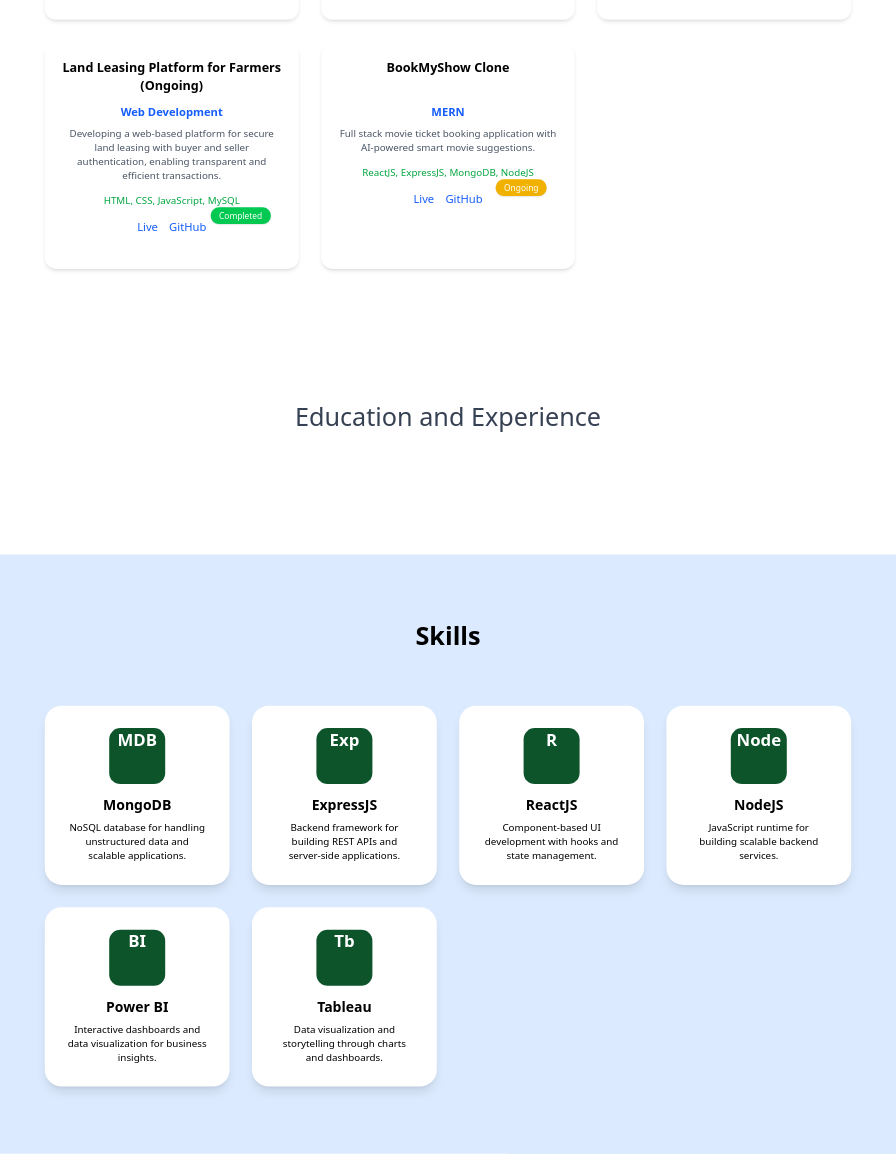
Repository: Rhaashee/myProfile
Page: index.html
An editor plug-in stored every save of this project. The page is shown before and after the next save, followed by the edit.
The browser window is 1280 px wide. The pictures show the part of the page from y = 1513 to 3433 px (the page is 3161 px tall before and 3433 px after), at 70% of full size.

Above is the page before, as saved 2026-04-29 16:29:14.
Console error: SyntaxError: Identifier 'projectsData' has already been declared

After the next save:
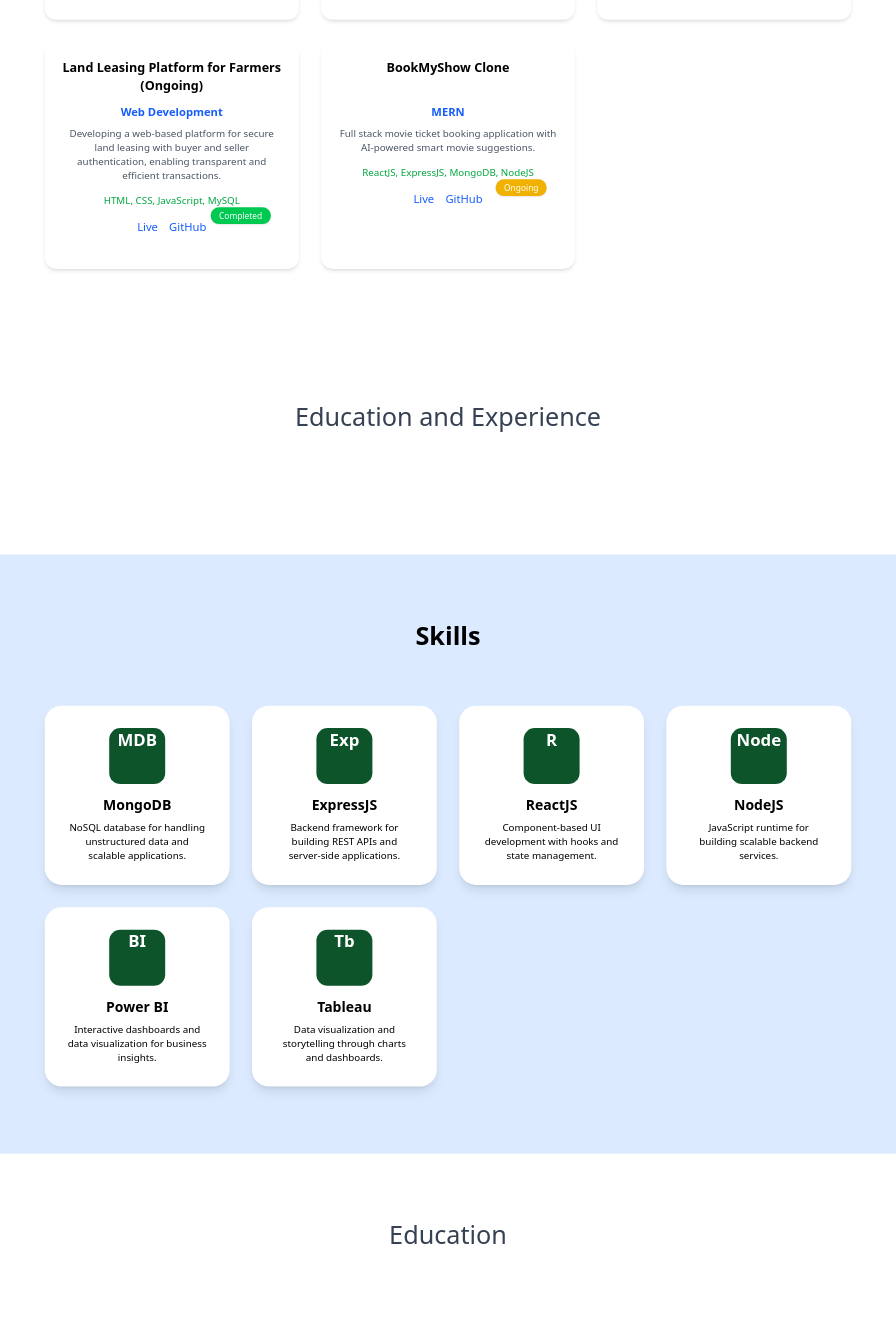
Saved 11 s later.
--- a/index.html
+++ b/index.html
@@ -217,7 +217,20 @@
         </div>
 
     </div>
-    <section id="experience"></section>
+    <section id="experience" class="py-24 px-8 lg:px-16">
+
+  <div class="max-w-4xl mx-auto">
+
+    <h2 class="text-4xl text-gray-700 text-center mb-10">
+      Education
+    </h2>
+
+    <!-- Dynamic Education -->
+    <div id="education-container"></div>
+
+  </div>
+
+</section>
     <!-- SWIPE TO HOME BUTTON -->
 
     <button id="home-swiper"
